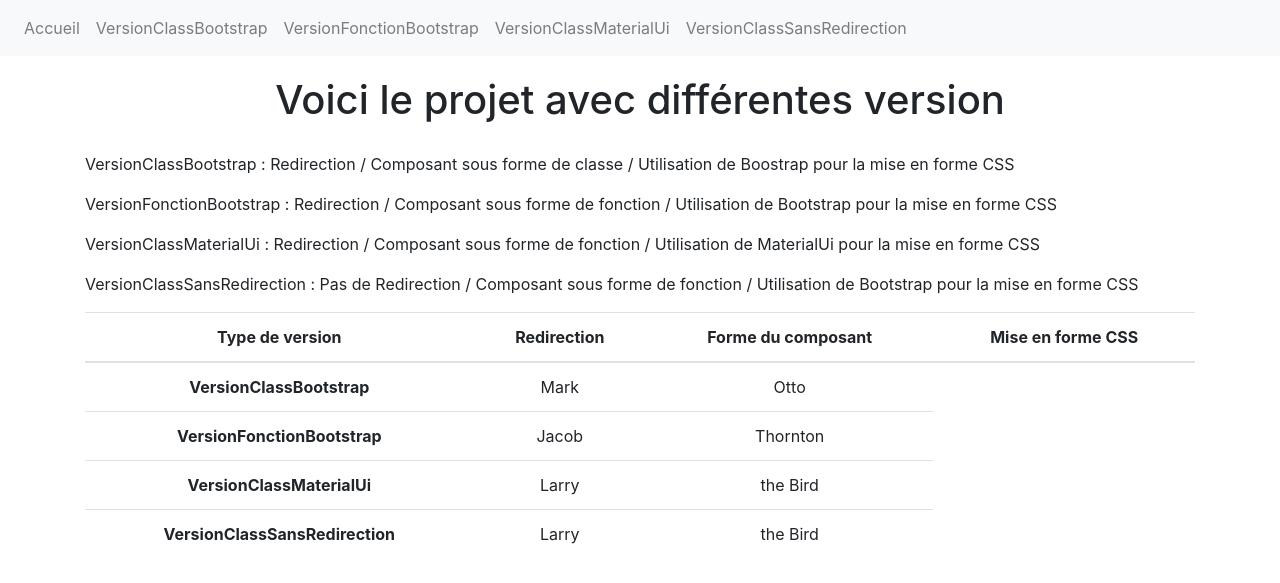
Repository: LudovicB21/CountryTest
Page: /
An editor plug-in stored every save of this project. The page is shown before and after the next save, followed by the edit.
The browser window is 1280 px wide. The pictures show the whole page.
The project was rebuilt for these pictures with package versions that can differ from the ones it lists, and the page was loaded fresh each time. Also part of the build but not shown: src/components/VersionClassBootstrap/ListPays.components.js, src/components/VersionClassMaterialUi/ListPays.components.js, src/components/VersionFonctionBoostrap/ListPays.components.js, src/components/VersionSansRedirection/ListPays.component.js, src/components/VersionClassBootstrap/InfoPays.components.js, src/components/VersionClassMaterialUi/InfoPays.components.js, src/components/VersionFonctionBoostrap/InfoPays.components.js.

Above is the page before, as saved 2020-10-29 13:31:01.

After the next save:
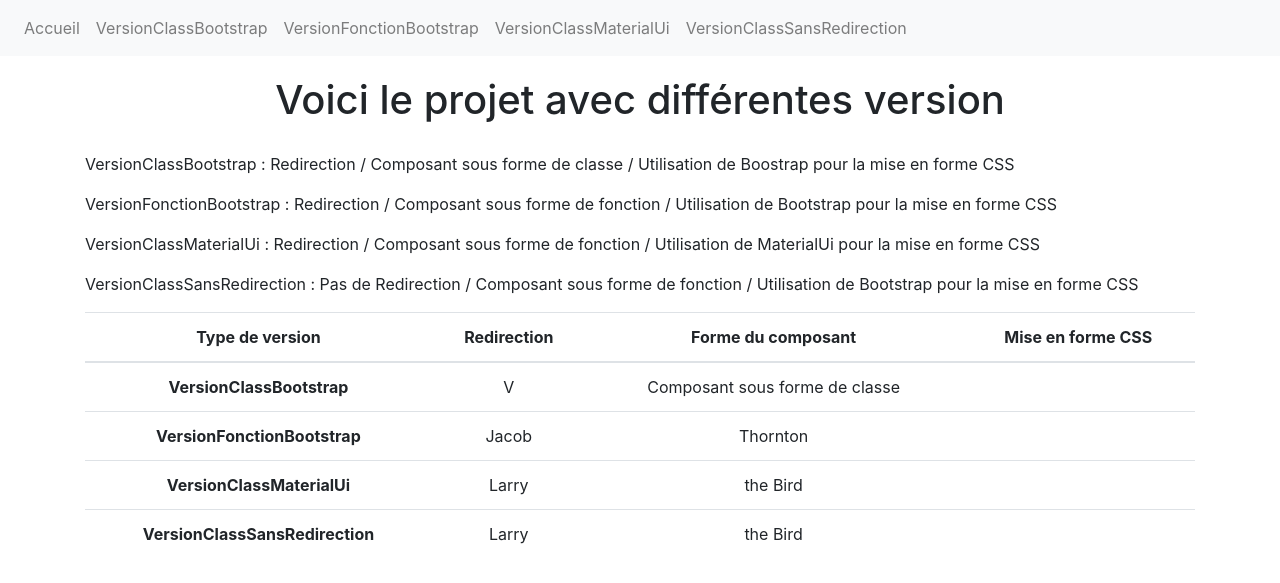
Saved 43 s later.
--- a/src/components/Accueil.js
+++ b/src/components/Accueil.js
@@ -39,23 +39,27 @@ class Accueil extends Component {
                     <tbody>
                         <tr>
                         <th scope="row">VersionClassBootstrap</th>
-                            <td>Mark</td>
-                            <td>Otto</td>
+                            <td>V</td>
+                            <td>Composant sous forme de classe</td>
+                            <td>  </td>
                         </tr>
                         <tr>
                         <th scope="row">VersionFonctionBootstrap</th>
                             <td>Jacob</td>
                             <td>Thornton</td>
+                            <td>  </td>
                         </tr>
                         <tr>
                         <th scope="row">VersionClassMaterialUi</th>
                             <td>Larry</td>
                             <td>the Bird</td>
+                            <td>  </td>
                         </tr>
                         <tr>
                         <th scope="row">VersionClassSansRedirection</th>
                             <td>Larry</td>
                             <td>the Bird</td>
+                            <td>  </td>
                         </tr>
                     </tbody>
                     </table>
